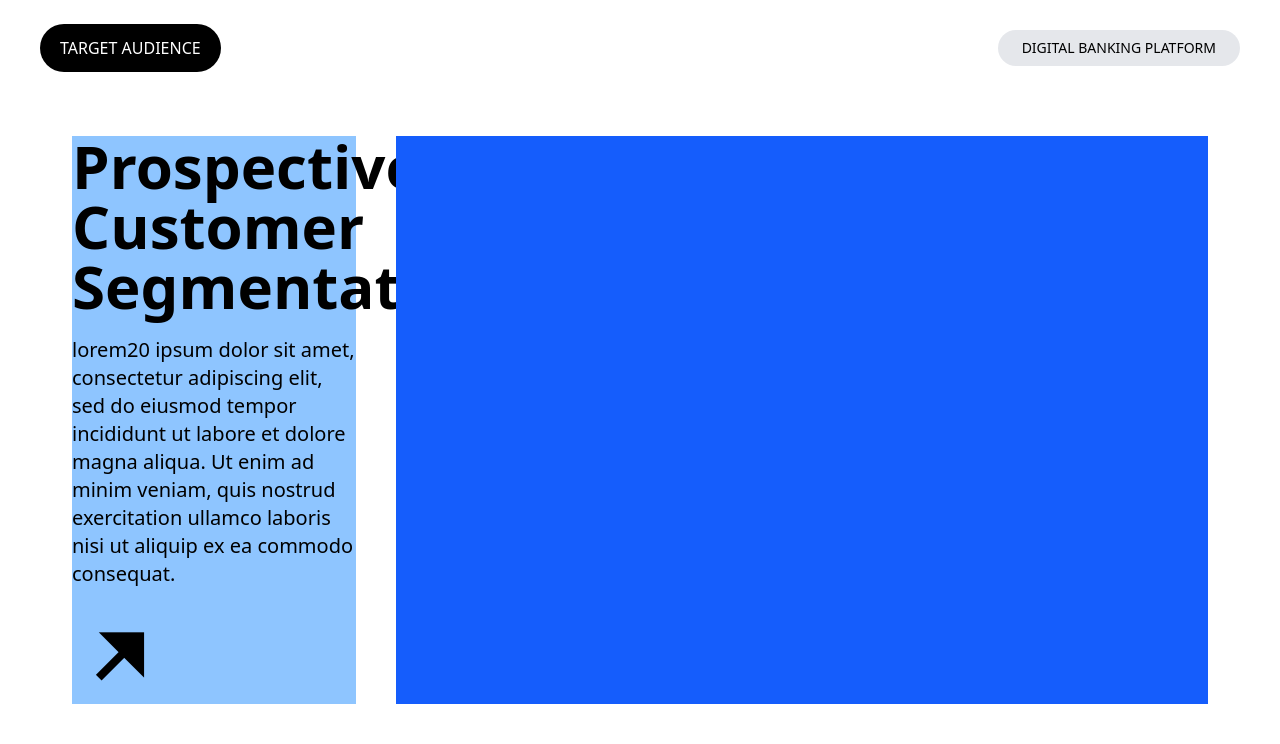
Repository: Mohitkumar1322/ReactTut
Page: / (app in projectSher1/)
These files come from the project's save history. The page is drawn as it stood at one moment and after the next save; the edit follows.
The browser window is 1280 px wide. The pictures show the whole page.
The project was rebuilt for these pictures with package versions that can differ from the ones it lists, and the page was loaded fresh each time. Also part of the build but not shown: projectSher1/vite.config.js.

Above is the page before, as saved 2025-11-16 14:09:53.

After the next save:
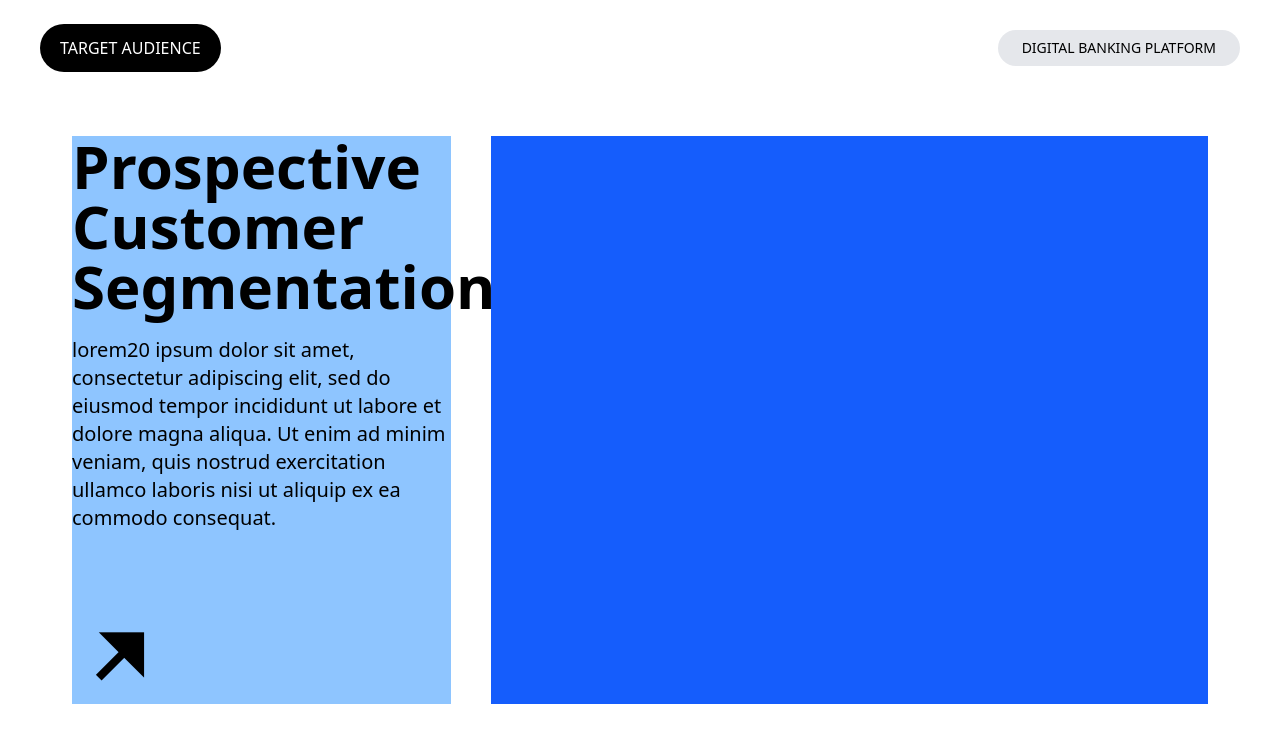
Saved 27 s later.
--- a/projectSher1/src/components/Section1/LeftContent.jsx
+++ b/projectSher1/src/components/Section1/LeftContent.jsx
@@ -2,7 +2,7 @@ import React from 'react'
 
 const LeftContent = () => {
   return (
-    <div className='h-full flex flex-col justify-between w-1/4 bg-blue-300  '>
+    <div className='h-full flex flex-col justify-between w-1/3 bg-blue-300  '>
       <div >
         <h3 className='mb-5 text-6xl font-bold'>
             Prospective<br></br> <span>Customer</span> <br />Segmentation
